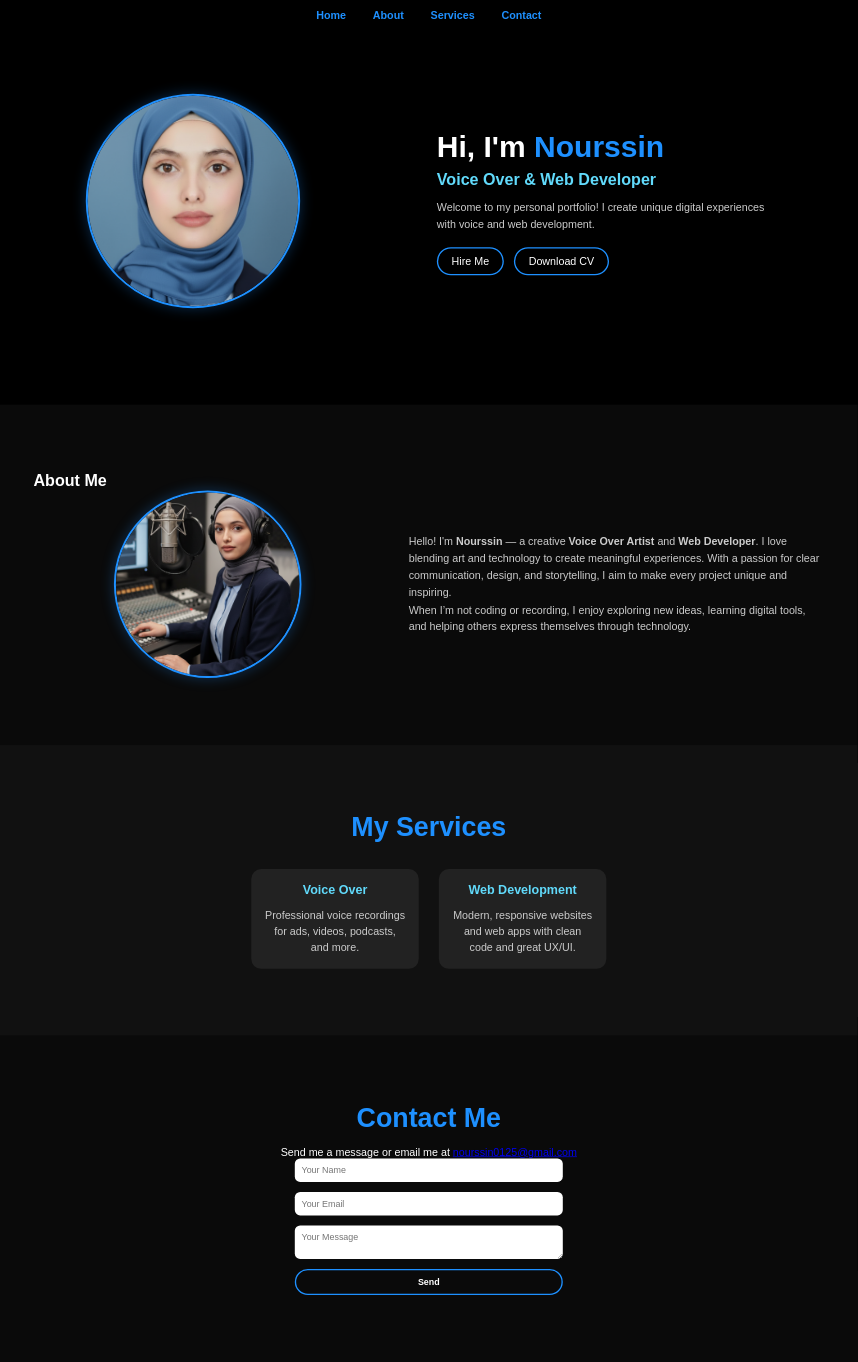
Repository: Abidar-Noura/portfolio
Page: index.html
The author's editor kept a copy of each file at every save. The page is drawn from the files as they stood at one save, then again after the next save.
The browser window is 1280 px wide. The pictures show the whole page, at 67% of full size.

Above is the page before, as saved 2025-11-02 12:05:34.

### index.html
<!DOCTYPE html>
<html lang="en">
<head>
  <meta charset="UTF-8">
  <meta name="viewport" content="width=device-width, initial-scale=1.0">
  <title>Portfolio - Nourssin</title>
  <link rel="stylesheet" href="style.css">
</head>
<body>

  <!-- ===== HEADER / NAVIGATION ===== -->
  <header>
    <nav>
      <ul>
        <li><a href="#home">Home</a></li>
        <li><a href="#about">About</a></li>
        <li><a href="#services">Services</a></li>
        <li><a href="#contact">Contact</a></li>
      </ul>
    </nav>
  </header>

  <!-- ===== HOME SECTION ===== -->
  <section class="home" id="home">
    <div class="home-content">
      <h1>Hi, I'm <span>Nourssin</span></h1>
      <h2>Voice Over & Web Developer</h2>
      <p>Welcome to my personal portfolio! I create unique digital experiences with voice and web development.</p>
      <div class="buttons">
        <a href="#contact" class="btn hire">Hire Me</a>
        <a href="Nourssin_CV.pdf" class="btn cv">Download CV</a>
      </div>
    </div>
    <div class="home-img">
      <img src="images/profile.png" alt="Nourssin Profile">
    </div>
  </section>

  <!-- ===== ABOUT SECTION ===== -->
 <section id="about" class="about">
  <h2>About Me</h2>
  <div class="about-content">
    <div class="about-img">
      <img src="images/nourssin-about.png" alt="Nourssin Photo">
    </div>

    <div class="about-text">
      <p>
        Hello! I'm <strong>Nourssin</strong> — a creative <strong>Voice Over Artist</strong> and <strong>Web Developer</strong>.
        I love blending art and technology to create meaningful experiences.
        With a passion for clear communication, design, and storytelling,
        I aim to make every project unique and inspiring.
      </p>
      <p>
        When I’m not coding or recording, I enjoy exploring new ideas,
        learning digital tools, and helping others express themselves through technology.
      </p>
    </div>
  </div>
</section>



  <!-- ===== SERVICES SECTION ===== -->
  <section class="services" id="services">
    <h2>My Services</h2>
    <div class="service-cards">
      <div class="card">
        <h3>Voice Over</h3>
        <p>Professional voice recordings for ads, videos, podcasts, and more.</p>
      </div>
      <div class="card">
        <h3>Web Development</h3>
        <p>Modern, responsive websites and web apps with clean code and great UX/UI.</p>
      </div>

    </div>
  </section>

  <!-- ===== CONTACT SECTION ===== -->
  <section class="contact" id="contact">
    <h2>Contact Me</h2>
    <p>Send me a message or email me at <a href="mailto:nourssin0125@gmail.com">nourssin0125@gmail.com</a></p>
    <form>
      <input type="text" placeholder="Your Name" required>
      <input type="email" placeholder="Your Email" required>
      <textarea placeholder="Your Message" required></textarea>
      <button type="submit">Send</button>
    </form>
  </section>

</body>
</html>

### style.css
/* ===== RESET ===== */
* {
  margin: 0;
  padding: 0;
  box-sizing: border-box;
  font-family: 'Poppins', sans-serif;
}

/* ===== BODY ===== */
body {
  background-color: #000;
  color: #fff;
  scroll-behavior: smooth;
}

/* ===== HEADER ===== */
header {
  position: fixed;
  top: 0;
  width: 100%;
  background-color: #000;
  z-index: 1000;
  padding: 15px 0;
}

header nav ul {
  display: flex;
  justify-content: center;
  list-style: none;
  gap: 40px;
}

header nav ul li a {
  text-decoration: none;
  color: #1E90FF;
  font-weight: bold;
  transition: 0.3s;
}

header nav ul li a:hover {
  color: #61dafb;
}

/* ===== HOME SECTION ===== */
.home {
  display: flex;
  align-items: center;
  justify-content: space-between;
  padding: 140px 10%;
  background-color: #000;
  color: #fff;
  flex-wrap: wrap;
}

/* الصورة فاليسار */
.home-img {
  order: 1;
}

.home-img img {
  width: 320px;
  height: 320px;
  border-radius: 50%;
  border: 3px solid #1E90FF;
  object-fit: cover;
  box-shadow: 0 0 20px rgba(30,144,255,0.3);
  transition: transform 0.3s ease;
}

.home-img img:hover {
  transform: scale(1.05) rotate(2deg);
}

/* النص فاليمين */
.home-content {
  max-width: 500px;
  order: 2;
}

.home-content h1 {
  font-size: 2.8rem;
  margin-bottom: 10px;
}

.home-content h1 span {
  color: #1E90FF;
}

.home-content h2 {
  color: #61dafb;
  font-size: 1.5rem;
  margin-bottom: 15px;
}

.home-content p {
  color: #ccc;
  margin-bottom: 20px;
  line-height: 1.6;
}

.buttons {
  display: flex;
  gap: 15px;
}

.btn {
  text-decoration: none;
  color: white;
  padding: 10px 20px;
  border: 2px solid #1E90FF;
  border-radius: 25px;
  transition: 0.3s;
}

.btn:hover {
  background-color: #1E90FF;
  color: black;
}

/* ===== ABOUT SECTION ===== */
.about {
  padding: 100px 50px;
  background-color: #0a0a0a;
  color: #fff;
}

.about-content {
  display: flex;
  align-items: center;
  justify-content: space-between;
  gap: 40px;
  flex-wrap: wrap;
}

.about-text {
  flex: 1 1 400px;
}

.about-text h2 {
  color: #1E90FF;
  font-size: 2.5rem;
  margin-bottom: 20px;
}

.about-text p {
  color: #ccc;
  line-height: 1.6;
}

.about-img {
  flex: 1 1 300px;
  display: flex;
  justify-content: center;
}

.about-img img {
  width: 280px;
  height: 280px;
  border-radius: 50%;
  border: 3px solid #1E90FF;
  object-fit: cover;
  box-shadow: 0 0 20px rgba(30,144,255,0.3);
}

/* ===== SERVICES SECTION ===== */
.services {
  padding: 100px 50px;
  background-color: #111;
  color: #fff;
  text-align: center;
}

.services h2 {
  color: #1E90FF;
  margin-bottom: 40px;
  font-size: 2.5rem;
}

.service-cards {
  display: flex;
  flex-wrap: wrap;
  gap: 30px;
  justify-content: center;
}

.card {
  background-color: #222;
  padding: 20px;
  border-radius: 15px;
  width: 250px;
  transition: transform 0.3s, box-shadow 0.3s;
}

.card:hover {
  transform: translateY(-10px);
  box-shadow: 0 10px 20px rgba(30, 144, 255, 0.5);
}

.card h3 {
  color: #61dafb;
  margin-bottom: 15px;
}

.card p {
  color: #ccc;
  line-height: 1.5;
}

/* ===== CONTACT SECTION ===== */
.contact {
  padding: 100px 50px;
  background-color: #0a0a0a;
  color: #fff;
  text-align: center;
}

.contact h2 {
  color: #1E90FF;
  margin-bottom: 20px;
  font-size: 2.5rem;
}

.contact form {
  display: flex;
  flex-direction: column;
  gap: 15px;
  max-width: 400px;
  margin: 0 auto;
}

.contact input, .contact textarea {
  padding: 10px;
  border-radius: 8px;
  border: none;
}

.contact button {
  padding: 10px;
  border-radius: 25px;
  border: 2px solid #1E90FF;
  background-color: transparent;
  color: #fff;
  font-weight: bold;
  cursor: pointer;
  transition: 0.3s;
}

.contact button:hover {
  background-color: #1E90FF;
  color: black;
}

/* ===== RESPONSIVE ===== */
@media (max-width: 900px) {
  .home {
    flex-direction: column;
    text-align: center;
  }

  .home-img, .home-content {
    order: unset;
  }

  .home-img img {
    width: 250px;
    height: 250px;
    margin-bottom: 20px;
  }

  .about-content {
    flex-direction: column;
    text-align: center;
  }

  .about-img {
    margin-bottom: 20px;
  }
}

After the next save:
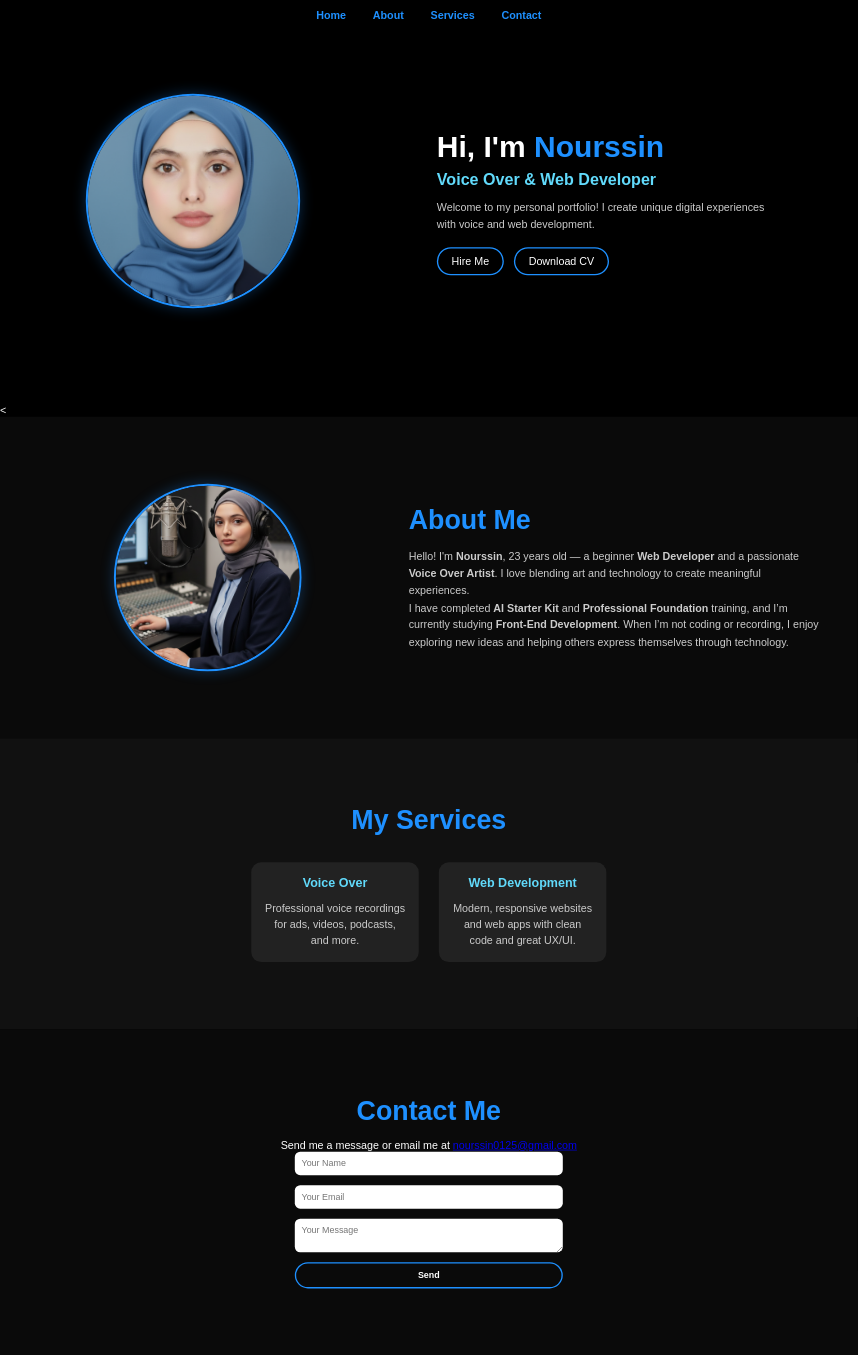
Saved 5 min 43 s later.
--- a/index.html
+++ b/index.html
@@ -37,27 +37,30 @@
   </section>
 
   <!-- ===== ABOUT SECTION ===== -->
- <section id="about" class="about">
-  <h2>About Me</h2>
+ <<section id="about" class="about">
   <div class="about-content">
+
+    <!-- الصورة فاليسار -->
     <div class="about-img">
-      <img src="images/nourssin-about.png" alt="Nourssin Photo">
+      <img src="images/nourssin-about.png" alt="Nourssin About Photo">
     </div>
 
+    <!-- النص فاليمين -->
     <div class="about-text">
+      <h2>About Me</h2>
       <p>
-        Hello! I'm <strong>Nourssin</strong> — a creative <strong>Voice Over Artist</strong> and <strong>Web Developer</strong>.
+        Hello! I'm <strong>Nourssin</strong>, 23 years old — a beginner <strong>Web Developer</strong> and a passionate <strong>Voice Over Artist</strong>.
         I love blending art and technology to create meaningful experiences.
-        With a passion for clear communication, design, and storytelling,
-        I aim to make every project unique and inspiring.
       </p>
       <p>
-        When I’m not coding or recording, I enjoy exploring new ideas,
-        learning digital tools, and helping others express themselves through technology.
+        I have completed <strong>AI Starter Kit</strong> and <strong>Professional Foundation</strong> training, and I’m currently studying <strong>Front-End Development</strong>.
+        When I’m not coding or recording, I enjoy exploring new ideas and helping others express themselves through technology.
       </p>
     </div>
+
   </div>
 </section>
+
 
 
 
